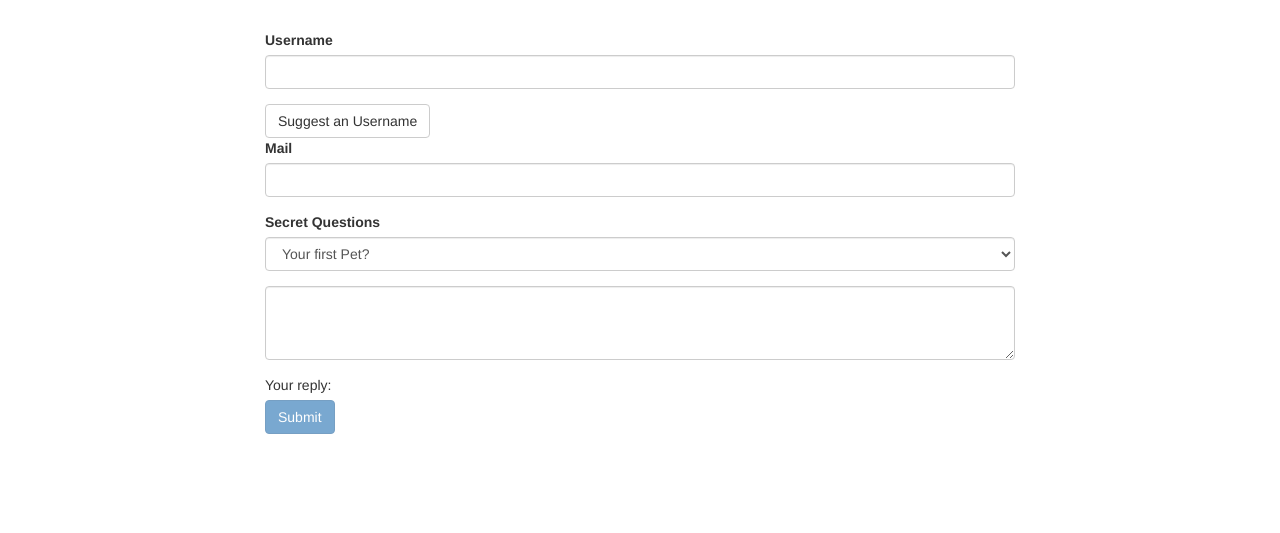
Repository: NikitasX/AngularCourse
Page: / (app in forms-start/)
These files come from the project's save history. The page is drawn as it stood at one moment and after the next save; the edit follows.
The browser window is 1280 px wide. The pictures show the whole page.
The project was rebuilt for these pictures with package versions that can differ from the ones it lists, and the page was loaded fresh each time. Also part of the build but not shown: forms-start/angular.json.

Above is the page before, as saved 2020-09-25 15:57:36.

### forms-start/src/app/app.component.ts
import { Component, ViewChild } from '@angular/core';
import { NgForm } from '@angular/forms';

@Component({
  selector: 'app-root',
  templateUrl: './app.component.html',
  styleUrls: ['./app.component.css']
})
export class AppComponent {
@ViewChild('f') signupForm:NgForm;
defaultQuestion = 'pet';
answer = '';
genders = ['male', 'female'];

  suggestUserName() {
    const suggestedName = 'Superuser';
  }

  // onSubmit(form: NgForm) {
  //   console.log(form);
  // }

  onSubmit() {
    console.log(this.signupForm);
  }
}

### forms-start/src/app/app.component.html
<div class="container">
  <div class="row">
    <div class="col-xs-12 col-sm-10 col-md-8 col-sm-offset-1 col-md-offset-2">
      <form (ngSubmit)="onSubmit()" #f="ngForm">
        <div
          id="user-data"
          ngModelGroup="userData"
          #userData="ngModelGroup">
          <div class="form-group">
            <label for="username">Username</label>
            <input
              type="text"
              id="username"
              class="form-control"
              ngModel
              name="username"
              required>
          </div>
          <button class="btn btn-default" type="button">Suggest an Username</button>
          <div class="form-group">
            <label for="email">Mail</label>
            <input
              type="email"
              id="email"
              class="form-control"
              ngModel
              name="email"
              required
              email
              #email="ngModel">
             <span
              class="help-block"
              *ngIf="!email.valid && email.touched">
                Please enter a valid email!
              </span>
          </div>
        </div>
        <p *ngIf="!userData.valid && userData.touched">User data is invalid</p>
        <div class="form-group">
          <label for="secret">Secret Questions</label>
          <select
            id="secret"
            class="form-control"
            [ngModel]="defaultQuestion"
            name="secret">
            <option value="pet">Your first Pet?</option>
            <option value="teacher">Your first teacher?</option>
          </select>
        </div>
        <div class="form-group">
          <textarea
          class="form-control"
          name="questionAnswer"
          rows="3"
          [(ngModel)]="answer"></textarea>
        </div>
        <p>Your reply: {{ answer }}</p>

        <div class="radio" *ngFor="let gender of genders"></div>
        <button
          class="btn btn-primary"
          type="submit"
          [disabled]="!f.valid">Submit</button>
      </form>
    </div>
  </div>
</div>

Loaded but not shown: forms-start/src/index.html (common file); forms-start/src/styles.css (common file); forms-start/src/main.ts (common file); forms-start/src/app/app.module.ts (common file); forms-start/src/environments/environment.ts (common file); forms-start/src/app/app.component.css (common file)

After the next save:
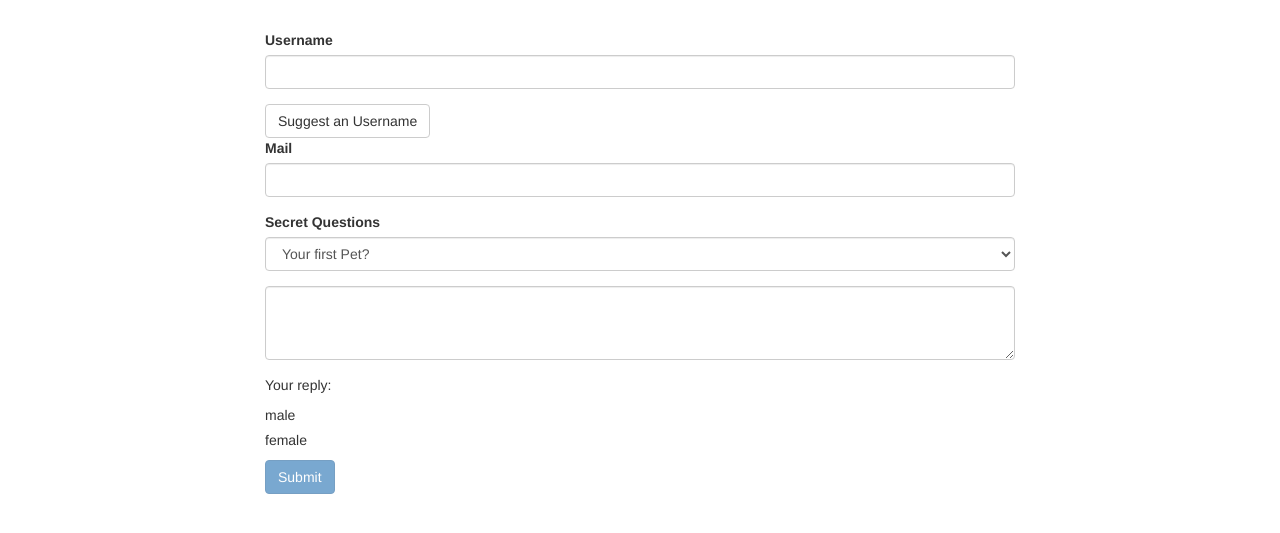
Saved 7 s later.
--- a/forms-start/src/app/app.component.html
+++ b/forms-start/src/app/app.component.html
@@ -56,7 +56,7 @@
         </div>
         <p>Your reply: {{ answer }}</p>
 
-        <div class="radio" *ngFor="let gender of genders"></div>
+        <div class="radio" *ngFor="let gender of genders">{{ gender }}</div>
         <button
           class="btn btn-primary"
           type="submit"
